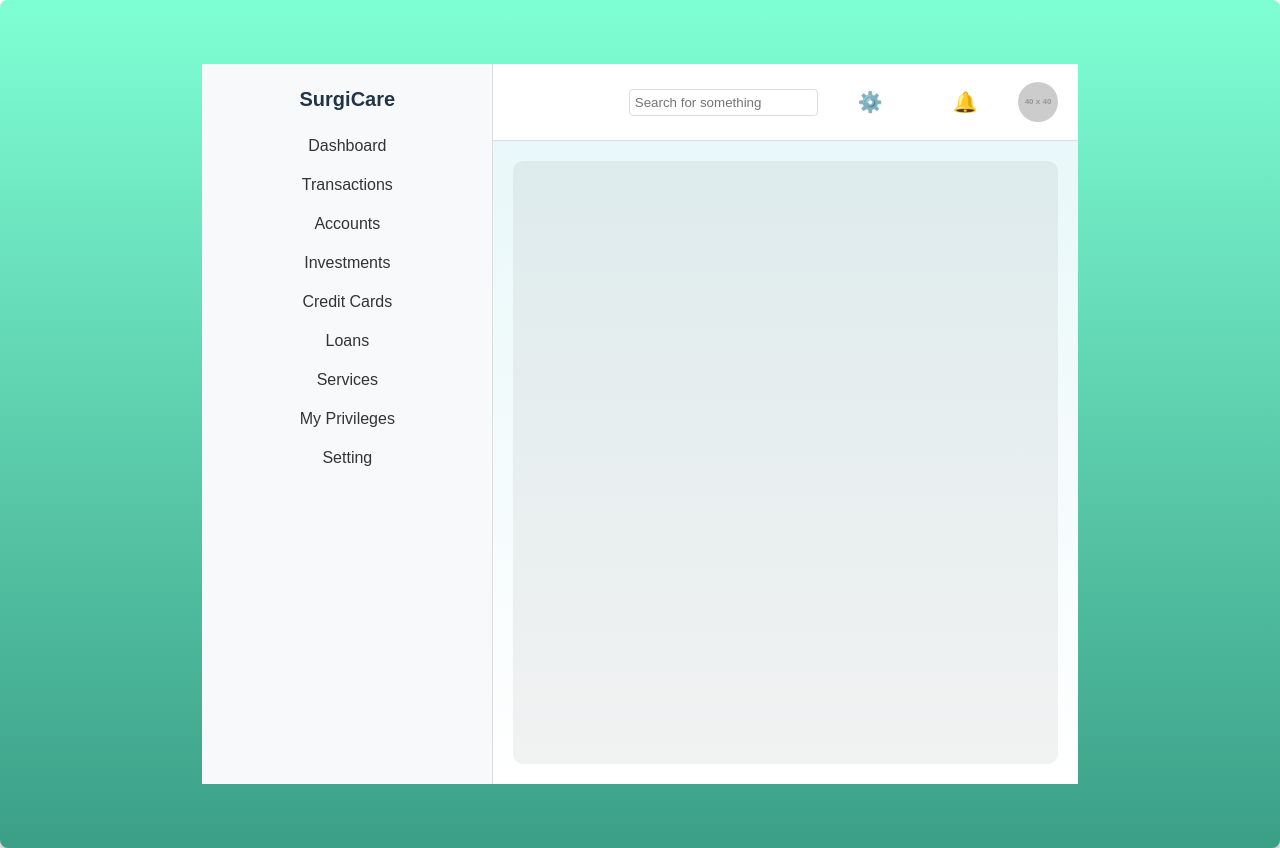
Repository: Jinwoo290350/Surgicare-Vue
Page: / (app in surgicare/)
These files come from the project's save history. The page is drawn as it stood at one moment and after a run of saves; the edit follows.
The browser window is 1280 px wide. The pictures show the whole page.
The project was rebuilt for these pictures with package versions that can differ from the ones it lists, and the page was loaded fresh each time. Also part of the build but not shown: surgicare/vite.config.js, surgicare/src/views/About.vue, surgicare/src/views/Member.vue, surgicare/src/components/WoundAssessment.vue.

Above is the page before, as saved 2024-12-30 13:21:20.
Console error: TypeError: Cannot read properties of null (reading 'getContext')

After the next 3 saves:
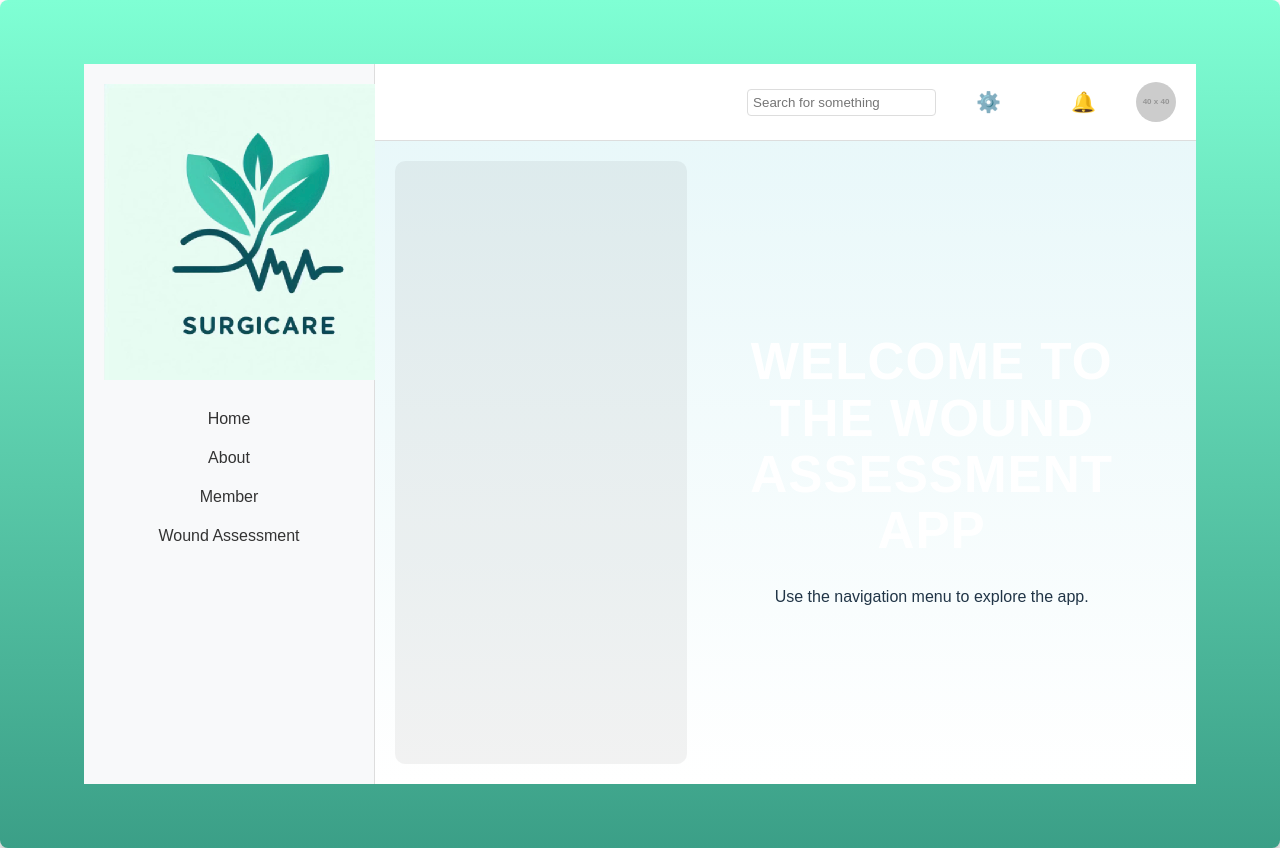
The 3 saves are shown as one change because 2 did not build or start.
The last was saved 33 min 53 s later.
--- a/surgicare/src/App.vue
+++ b/surgicare/src/App.vue
@@ -1,22 +1,15 @@
 <template>
   <div id="app" class="app-container">
-    <!-- Sidebar -->
     <aside class="sidebar">
-      <div class="logo">SurgiCare</div>
-      <ul class="menu">
-        <li><a href="#">Dashboard</a></li>
-        <li><a href="#">Transactions</a></li>
-        <li><a href="#">Accounts</a></li>
-        <li><a href="#">Investments</a></li>
-        <li><a href="#">Credit Cards</a></li>
-        <li><a href="#">Loans</a></li>
-        <li><a href="#">Services</a></li>
-        <li><a href="#">My Privileges</a></li>
-        <li><a href="#">Setting</a></li>
-      </ul>
+      <img src="/Users/frank/Vscode/Vue/surgicare/public/Icon_surgicare.png" alt="Logo" class="logo" />
+      <nav class="menu">
+        <router-link to="/">Home</router-link>
+        <router-link to="/about">About</router-link>
+        <router-link to="/member">Member</router-link>
+        <router-link to="/wound-assessment">Wound Assessment</router-link>
+      </nav>
     </aside>
 
-    <!-- Main Content -->
     <main class="main-content">
       <!-- Header -->
       <header class="header">
@@ -33,6 +26,7 @@
       <div class="content-area">
         <!-- Placeholder for now -->
         <div class="placeholder"></div>
+        <router-view />
       </div>
     </main>
   </div>
@@ -70,14 +64,12 @@ export default {
   padding: 0;
 }
 
-.menu li {
-  margin-bottom: 15px;
-}
-
 .menu a {
   text-decoration: none;
   color: #333;
   font-size: 16px;
+  display: block;
+  margin-bottom: 15px;
 }
 
 .menu a:hover {
